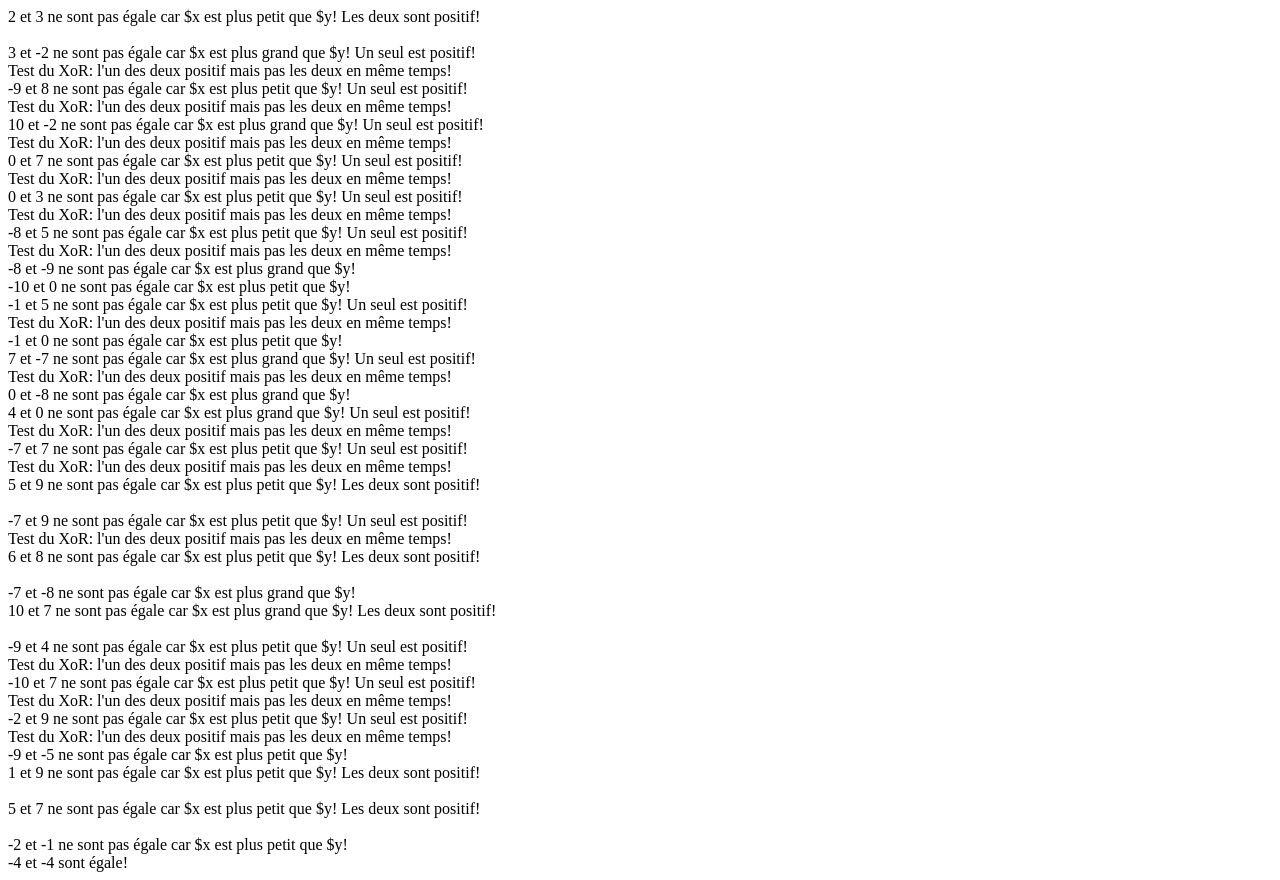
Repository: QuentinFayt/base-php-2021
Page: http://localhost/09-conditions.php
An editor plug-in stored every save of this project. The page is shown before and after the next save, followed by the edit.
The browser window is 1280 px wide. The pictures show the whole page.
The page is run by PHP 8.4 with error messages shown; the project is at /var/www/html/.

Above is the page before, as saved 2021-09-03 11:05:50.

After the next save:
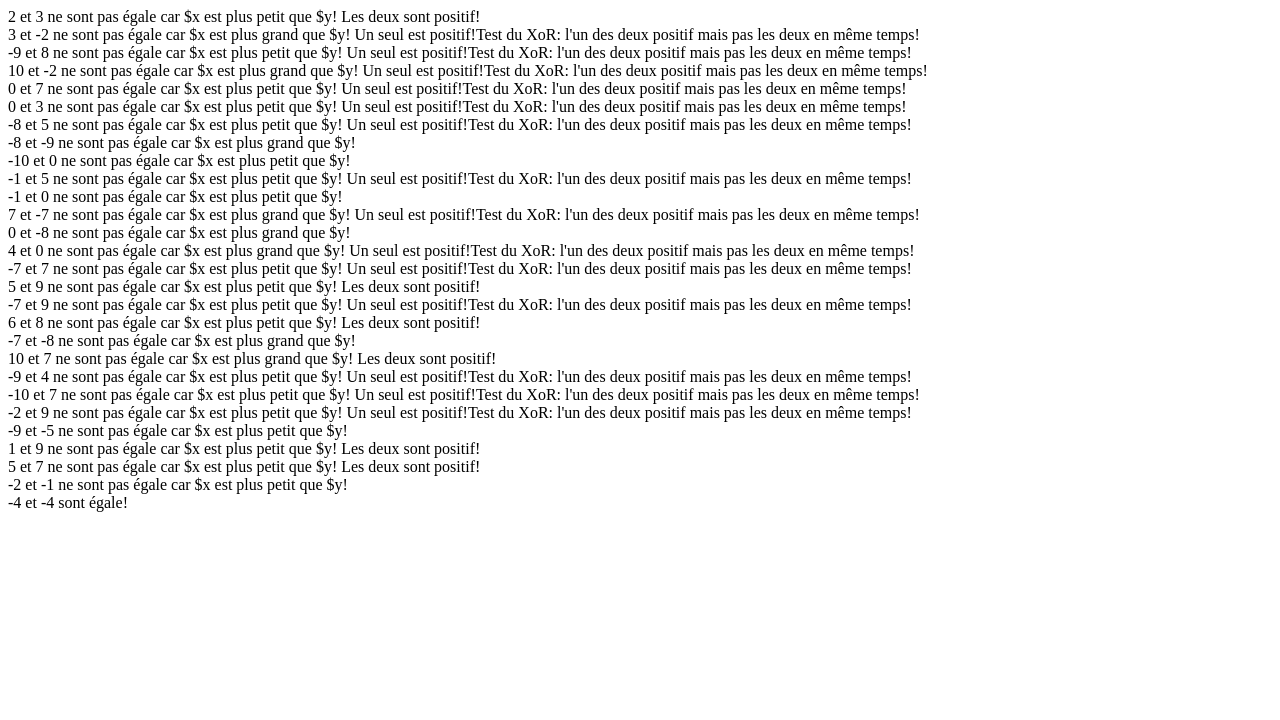
Saved 79 s later.
--- a/09-conditions.php
+++ b/09-conditions.php
@@ -9,9 +9,9 @@ do {
         echo "$x et $y ne sont pas égale car";
         echo $x < $y ? ' $x est plus petit que $y! ' : ' $x est plus grand que $y! ';
         if (0 < $x && 0 < $y) {
-            echo "Les deux sont positif! </br>";
+            echo "Les deux sont positif!";
         } elseif (0 < $x || 0 < $y) {
-            echo "Un seul est positif! </br>";
+            echo "Un seul est positif!";
         }
         if (0 < $x ^ 0 < $y) {
             echo "Test du XoR: l'un des deux positif mais pas les deux en même temps!";
